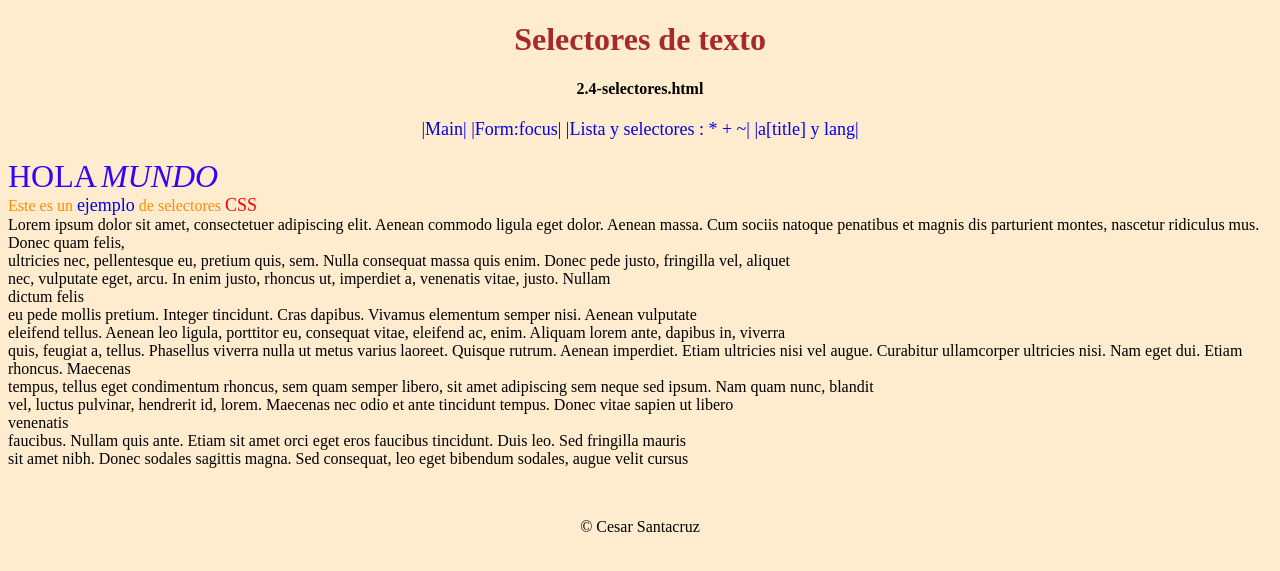
Repository: cesarsant0203/My_Study
Page: Introducción al desarrollo web/2-Css/2.4-selectores_css.html
These files come from the project's save history. The page is drawn as it stood at one moment and after a run of saves; the edit follows.
The browser window is 1280 px wide. The pictures show the whole page.

Above is the page before, as saved 2020-04-28 19:47:59.

### Introducción al desarrollo web/2-Css/2.4-selectores_css.html
<!DOCTYPE html>
<html lang="es">

<head>
    <meta charset="utf-8" />
    <title> Selectores CSS </title>
    <link href="2.4-selectores_css.css" rel="stylesheet" />
</head>

<body>
    <h1 id="titulo">Selectores de texto</h1>
    <h4>2.4-selectores.html</h4>
    <section id="mySection" class="box">
        <nav>
            <a href="2.4-selectores_css.html">|Main|</a>
            <a href="2.4.2-selectores_css.html">|Form:focus|</a>
            <a href="2.4.3-selectores_css.html">|Lista y selectores : * + ~|</a>
            <a href="2.4.4-selectores_css.html">|a[title] y lang|</a>
        </nav>
    </section>
    <br/>
    <div id="holaMundo" class="box">
        <span>HOLA</span>
        <span id="mundo">MUNDO</span>
    </div>
    <span id="mySpan">Este es un <a href="#" class="bold">ejemplo</a> de selectores</span>
    <span class="bold red">CSS</span><br/>Lorem ipsum dolor sit amet, consectetuer adipiscing elit. Aenean commodo ligula
    eget dolor. Aenean massa. Cum sociis natoque penatibus et magnis dis parturient montes, nascetur ridiculus mus.
    Donec quam felis,<br/> ultricies nec, pellentesque eu, pretium quis, sem. Nulla consequat massa quis enim. Donec pede
    justo, fringilla vel, aliquet<br/> nec, vulputate eget, arcu. In enim justo, rhoncus ut, imperdiet a, venenatis vitae,
    justo. Nullam<br/> dictum felis <br/>eu pede mollis pretium. Integer tincidunt. Cras dapibus. Vivamus elementum semper nisi.
    Aenean vulputate <br/>eleifend tellus. Aenean leo ligula, porttitor eu, consequat vitae, eleifend ac, enim. Aliquam lorem
    ante, dapibus in, viverra<br/> quis, feugiat a, tellus. Phasellus viverra nulla ut metus varius laoreet. Quisque rutrum.
    Aenean imperdiet. Etiam ultricies nisi vel augue. Curabitur ullamcorper ultricies nisi. Nam eget dui. Etiam rhoncus.
    Maecenas<br/> tempus, tellus eget condimentum rhoncus, sem quam semper libero, sit amet adipiscing sem neque sed ipsum.
    Nam quam nunc, blandit<br/>vel, luctus pulvinar, hendrerit id, lorem. Maecenas nec odio et ante tincidunt tempus. Donec
    vitae sapien ut libero <br/>venenatis <br/>faucibus. Nullam quis ante. Etiam sit amet orci eget eros faucibus tincidunt. Duis
    leo. Sed fringilla mauris<br/> sit amet nibh. Donec sodales sagittis magna. Sed consequat, leo eget bibendum sodales,
    augue velit cursus

    <footer>
        &copy Cesar Santacruz
    </footer>
</body>


</html>

### Introducción al desarrollo web/2-Css/2.4-selectores_css.css
/*tipo*/
*{
    background-color: blanchedalmond;
}
h1 {
    color: brown;
}

/*-----------------------*/

/*.clase*/
.box {
    background-color: none;
    color: aqua;
}

.bold {
    font-size: large;
}

.red {
    color: red;
}

/*-----------------------*/

/*#identificador*/
#holaMundo {
    color: rgb(49, 3, 255);
}

span#mySpan {
    color: darkorange;
}

/*-----------------------*/
div span {
    font-size: xx-large;
}

/*-----------------------*/

/* selector universal (*)*/
* {
    margin: 0, 2cm;
    padding: 0%;
}

/*-----------------------*/

/*dos puntos:*/
a:link {
    text-decoration: none;
}

a:visited {
    text-decoration: none;
}

a:hover {
    text-decoration: none;
    color: deeppink;
}

a:active {
    text-decoration: none;
    color: deeppink;
}
/*-----------------------*/
h1, h4, section {
    text-align: center;
}
section#mySection{
    font-size: large;
}
span#mundo {
    font-style: italic;
}
footer {
    position: relative;
    margin-top: 50px;
    text-align: center;
    height: 30px;

}

After the next 2 saves:
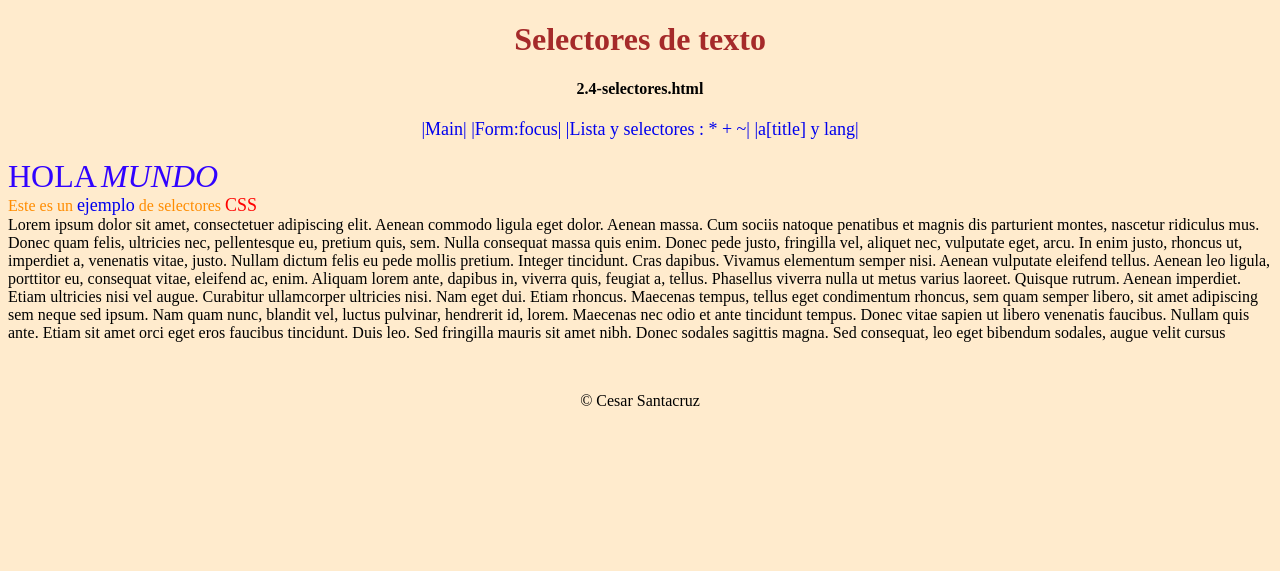
The 2 saves are shown as one change because they came seconds apart.
The last was saved 13 s later.
--- a/Introducción al desarrollo web/2-Css/2.4-selectores_css.html
+++ b/Introducción al desarrollo web/2-Css/2.4-selectores_css.html
@@ -26,16 +26,16 @@
     <span id="mySpan">Este es un <a href="#" class="bold">ejemplo</a> de selectores</span>
     <span class="bold red">CSS</span><br/>Lorem ipsum dolor sit amet, consectetuer adipiscing elit. Aenean commodo ligula
     eget dolor. Aenean massa. Cum sociis natoque penatibus et magnis dis parturient montes, nascetur ridiculus mus.
-    Donec quam felis,<br/> ultricies nec, pellentesque eu, pretium quis, sem. Nulla consequat massa quis enim. Donec pede
-    justo, fringilla vel, aliquet<br/> nec, vulputate eget, arcu. In enim justo, rhoncus ut, imperdiet a, venenatis vitae,
-    justo. Nullam<br/> dictum felis <br/>eu pede mollis pretium. Integer tincidunt. Cras dapibus. Vivamus elementum semper nisi.
-    Aenean vulputate <br/>eleifend tellus. Aenean leo ligula, porttitor eu, consequat vitae, eleifend ac, enim. Aliquam lorem
-    ante, dapibus in, viverra<br/> quis, feugiat a, tellus. Phasellus viverra nulla ut metus varius laoreet. Quisque rutrum.
+    Donec quam felis, ultricies nec, pellentesque eu, pretium quis, sem. Nulla consequat massa quis enim. Donec pede
+    justo, fringilla vel, aliquet nec, vulputate eget, arcu. In enim justo, rhoncus ut, imperdiet a, venenatis vitae,
+    justo. Nullam dictum felis eu pede mollis pretium. Integer tincidunt. Cras dapibus. Vivamus elementum semper nisi.
+    Aenean vulputate eleifend tellus. Aenean leo ligula, porttitor eu, consequat vitae, eleifend ac, enim. Aliquam lorem
+    ante, dapibus in, viverra quis, feugiat a, tellus. Phasellus viverra nulla ut metus varius laoreet. Quisque rutrum.
     Aenean imperdiet. Etiam ultricies nisi vel augue. Curabitur ullamcorper ultricies nisi. Nam eget dui. Etiam rhoncus.
-    Maecenas<br/> tempus, tellus eget condimentum rhoncus, sem quam semper libero, sit amet adipiscing sem neque sed ipsum.
-    Nam quam nunc, blandit<br/>vel, luctus pulvinar, hendrerit id, lorem. Maecenas nec odio et ante tincidunt tempus. Donec
-    vitae sapien ut libero <br/>venenatis <br/>faucibus. Nullam quis ante. Etiam sit amet orci eget eros faucibus tincidunt. Duis
-    leo. Sed fringilla mauris<br/> sit amet nibh. Donec sodales sagittis magna. Sed consequat, leo eget bibendum sodales,
+    Maecenas tempus, tellus eget condimentum rhoncus, sem quam semper libero, sit amet adipiscing sem neque sed ipsum.
+    Nam quam nunc, blandit vel, luctus pulvinar, hendrerit id, lorem. Maecenas nec odio et ante tincidunt tempus. Donec
+    vitae sapien ut libero venenatis faucibus. Nullam quis ante. Etiam sit amet orci eget eros faucibus tincidunt. Duis
+    leo. Sed fringilla mauris sit amet nibh. Donec sodales sagittis magna. Sed consequat, leo eget bibendum sodales,
     augue velit cursus
 
     <footer>
